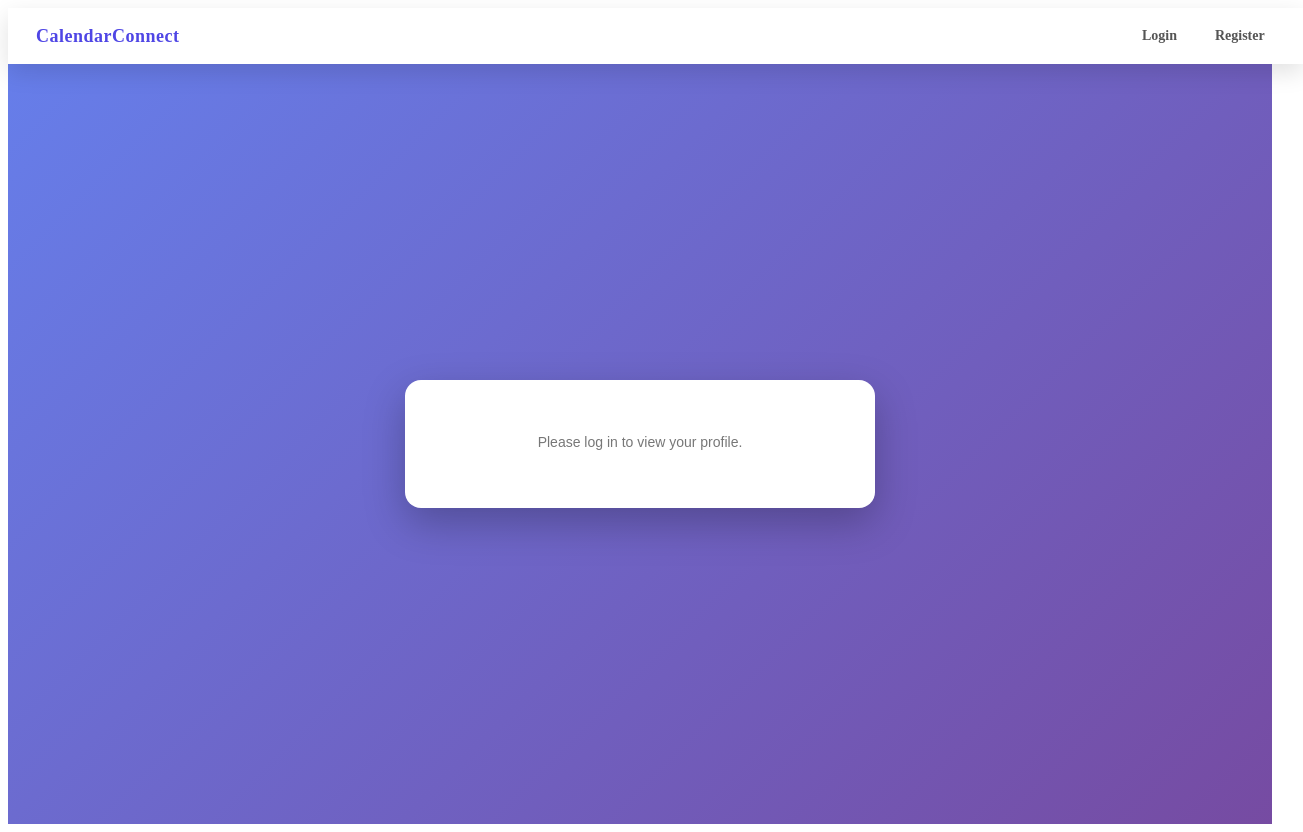
Repository: BMXracer44/CalendarConnect
Page: /profile (app in frontend/)
An editor plug-in stored every save of this project. The page is shown before and after the next save, followed by the edit.
The browser window is 1280 px wide. The page is 1303 px wide, so the pictures cover 1303 px, including what lies to the right of the window. The pictures show the whole page.
The project was rebuilt for these pictures with package versions that can differ from the ones it lists, and the page was loaded fresh each time. Also part of the build but not shown: frontend/src/pages/Login.jsx, frontend/src/pages/Register.jsx, frontend/src/pages/Calendar.jsx.

Above is the page before, as saved 2026-04-14 10:54:41.

After the next save:
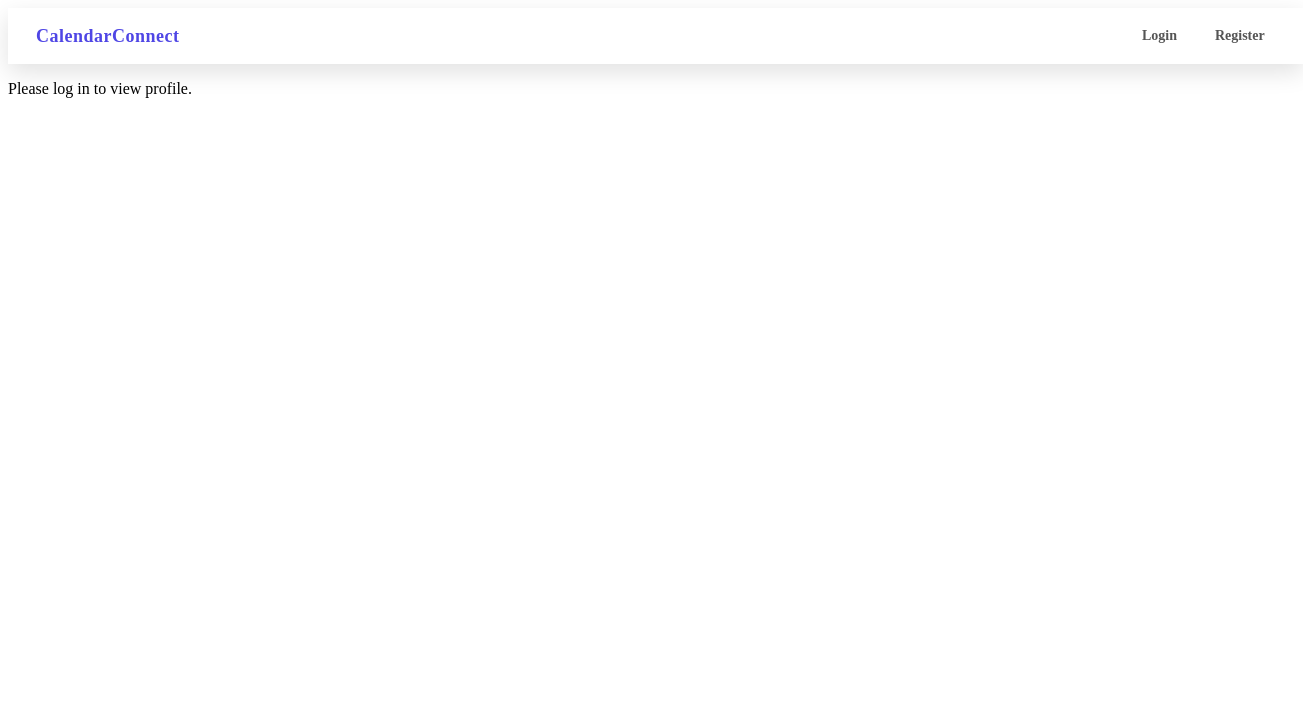
Saved 45 s later.
--- a/frontend/src/pages/Profile.jsx
+++ b/frontend/src/pages/Profile.jsx
@@ -18,7 +18,7 @@ const Profile = () => {
   const [error, setError] = useState("");
   const [success, setSuccess] = useState("");
 
-  // Load user into form
+  // Load user data
   useEffect(() => {
     if (user) {
       setFormData({
@@ -92,14 +92,14 @@ const Profile = () => {
   };
 
   if (!user) {
-    return (
-      <div className="login-container">
-        <div className="login-card">
-          <p>Please log in to view your profile.</p>
-        </div>
-      </div>
-    );
+    return <p>Please log in to view profile.</p>;
   }
+
+  // ================= PROFILE IMAGE SOURCE =================
+  const profileImage =
+    formData.profile_picture
+      ? URL.createObjectURL(formData.profile_picture)
+      : user.profile_picture_url || user.profile_picture || null;
 
   return (
     <div className="login-container">
@@ -108,20 +108,22 @@ const Profile = () => {
         {/* ================= TOP: CURRENT INFO ================= */}
         <h2>Your Profile</h2>
 
+        {/* PROFILE PICTURE DISPLAY */}
+        {profileImage && (
+          <img
+            src={profileImage}
+            alt="Profile"
+            style={{
+              width: "110px",
+              height: "110px",
+              borderRadius: "50%",
+              objectFit: "cover",
+              marginBottom: "10px"
+            }}
+          />
+        )}
+
         <div className="profile-preview">
-          {formData.profile_picture && (
-            <img
-              src={URL.createObjectURL(formData.profile_picture)}
-              alt="Profile Preview"
-              style={{
-                width: "100px",
-                height: "100px",
-                borderRadius: "50%",
-                marginBottom: "10px"
-              }}
-            />
-          )}
-
           <p><strong>Username:</strong> {formData.username}</p>
           <p><strong>Email:</strong> {formData.email}</p>
           <p><strong>Name:</strong> {formData.first_name} {formData.last_name}</p>
@@ -132,7 +134,7 @@ const Profile = () => {
 
         <hr />
 
-        {/* ================= BOTTOM: UPDATE FORM ================= */}
+        {/* ================= UPDATE FORM ================= */}
         <h3>Update Information</h3>
 
         {error && <p className="error-text">{error}</p>}
@@ -143,7 +145,6 @@ const Profile = () => {
           <input
             type="text"
             name="username"
-            placeholder="Username"
             value={formData.username}
             onChange={handleChange}
           />
@@ -151,7 +152,6 @@ const Profile = () => {
           <input
             type="email"
             name="email"
-            placeholder="Email"
             value={formData.email}
             onChange={handleChange}
           />
@@ -159,7 +159,6 @@ const Profile = () => {
           <input
             type="text"
             name="first_name"
-            placeholder="First Name"
             value={formData.first_name}
             onChange={handleChange}
           />
@@ -167,7 +166,6 @@ const Profile = () => {
           <input
             type="text"
             name="last_name"
-            placeholder="Last Name"
             value={formData.last_name}
             onChange={handleChange}
           />
@@ -182,7 +180,6 @@ const Profile = () => {
           <input
             type="text"
             name="phone_number"
-            placeholder="Phone Number"
             value={formData.phone_number}
             onChange={handleChange}
           />
@@ -190,19 +187,18 @@ const Profile = () => {
           <input
             type="text"
             name="bio"
-            placeholder="Bio"
             value={formData.bio}
             onChange={handleChange}
           />
 
-          {/* ================= FILE UPLOAD ================= */}
+          {/* FILE UPLOAD */}
           <input
             type="file"
             accept="image/*"
             onChange={handleFileChange}
           />
 
-          {/* Preview uploaded image */}
+          {/* PREVIEW NEW IMAGE */}
           {formData.profile_picture && (
             <img
               src={URL.createObjectURL(formData.profile_picture)}
